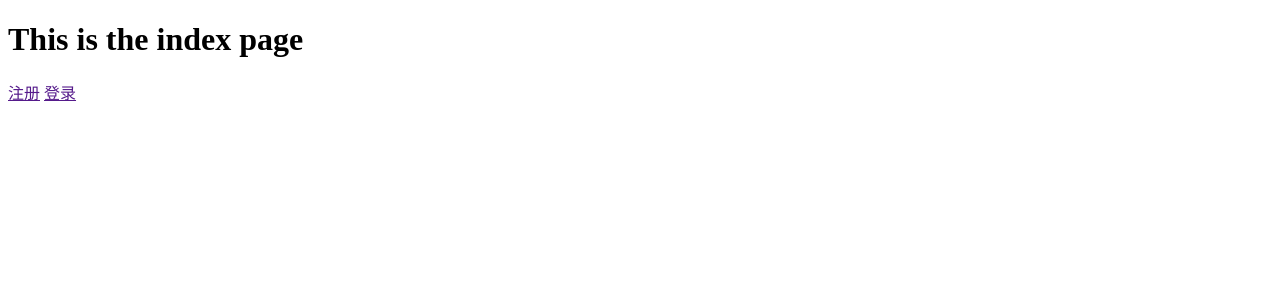
Repository: qizheng-jin/java_practice
Page: Socket_Practice/Webapps/html_files/index.html
An editor plug-in stored every save of this project. The page is shown before and after the next save, followed by the edit.
The browser window is 1280 px wide. The pictures show the whole page.

Above is the page before, as saved 2021-03-02 06:35:26.

### Socket_Practice/Webapps/html_files/index.html
<!DOCTYPE html>
<html>
	<head>
		<meta charset="utf-8">
		<title>index</title>
	</head>
	<body>
		<h1>This is the index page</h1>
		<a href="">注册</a>
		<a href="">登录</a>
	</body>
</html>

After the next save:
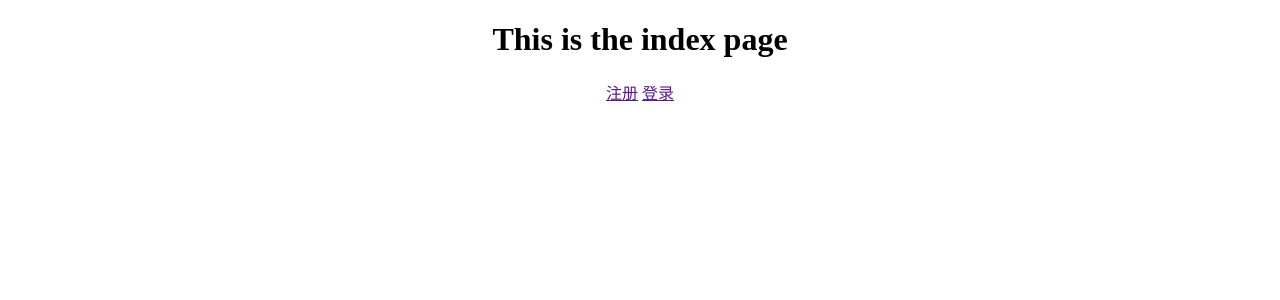
Saved 5 min 42 s later.
--- a/Socket_Practice/Webapps/html_files/index.html
+++ b/Socket_Practice/Webapps/html_files/index.html
@@ -5,8 +5,10 @@
 		<title>index</title>
 	</head>
 	<body>
-		<h1>This is the index page</h1>
-		<a href="">注册</a>
-		<a href="">登录</a>
+		<center>
+			<h1>This is the index page</h1>
+			<a href="">注册</a>
+			<a href="">登录</a>
+		</center>
 	</body>
 </html>
